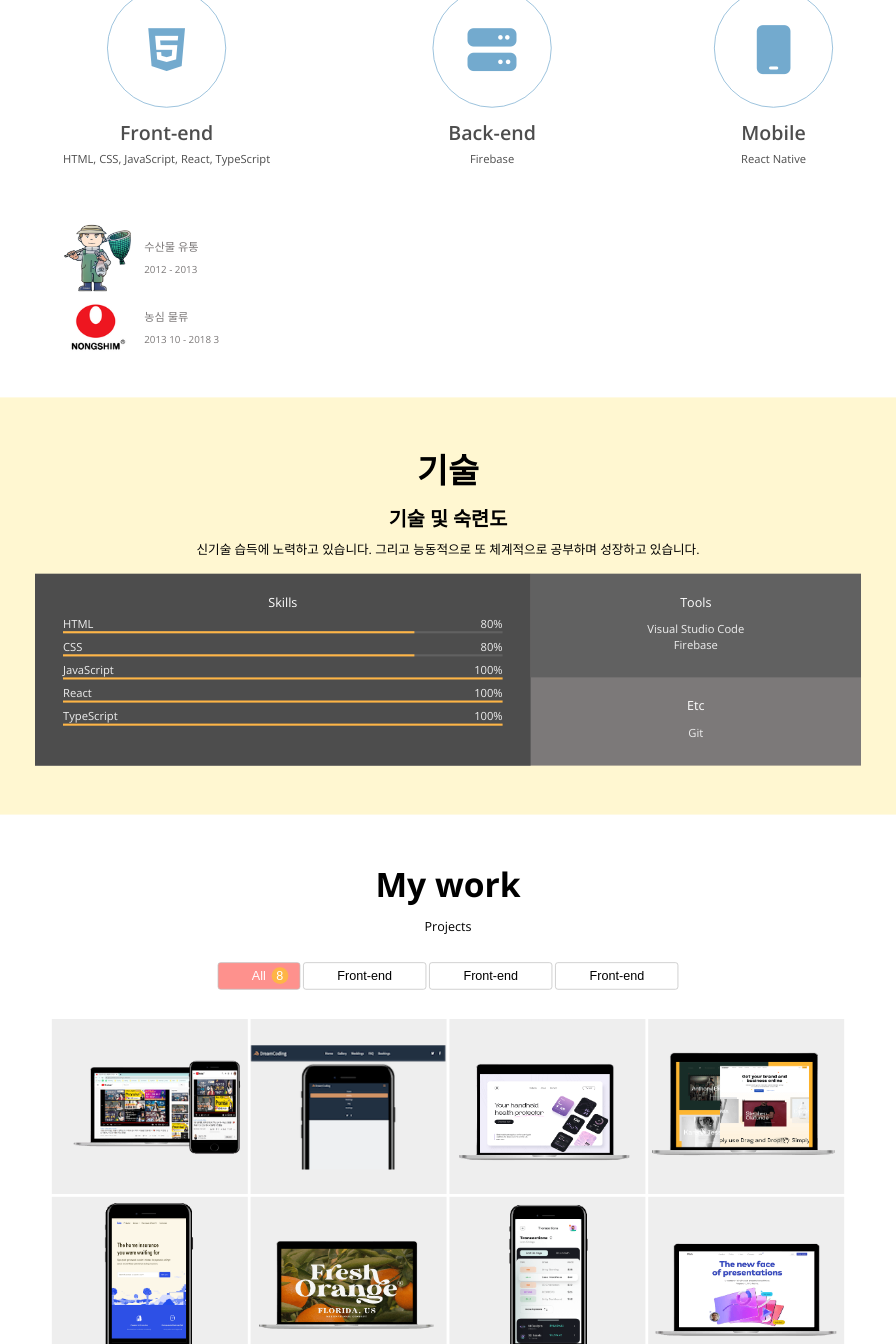
Repository: beomsu9696/Dream_Coding_Academy4
Page: index.html
The author's editor kept a copy of each file at every save. The page is drawn from the files as they stood at one save, then again after the next save.
The browser window is 1280 px wide. The pictures show the part of the page from y = 1204 to 3124 px (the page is 4323 px tall), at 70% of full size.
Some web libraries are served in a nearby version.

Above is the page before, as saved 2021-03-19 19:29:23.

After the next save:
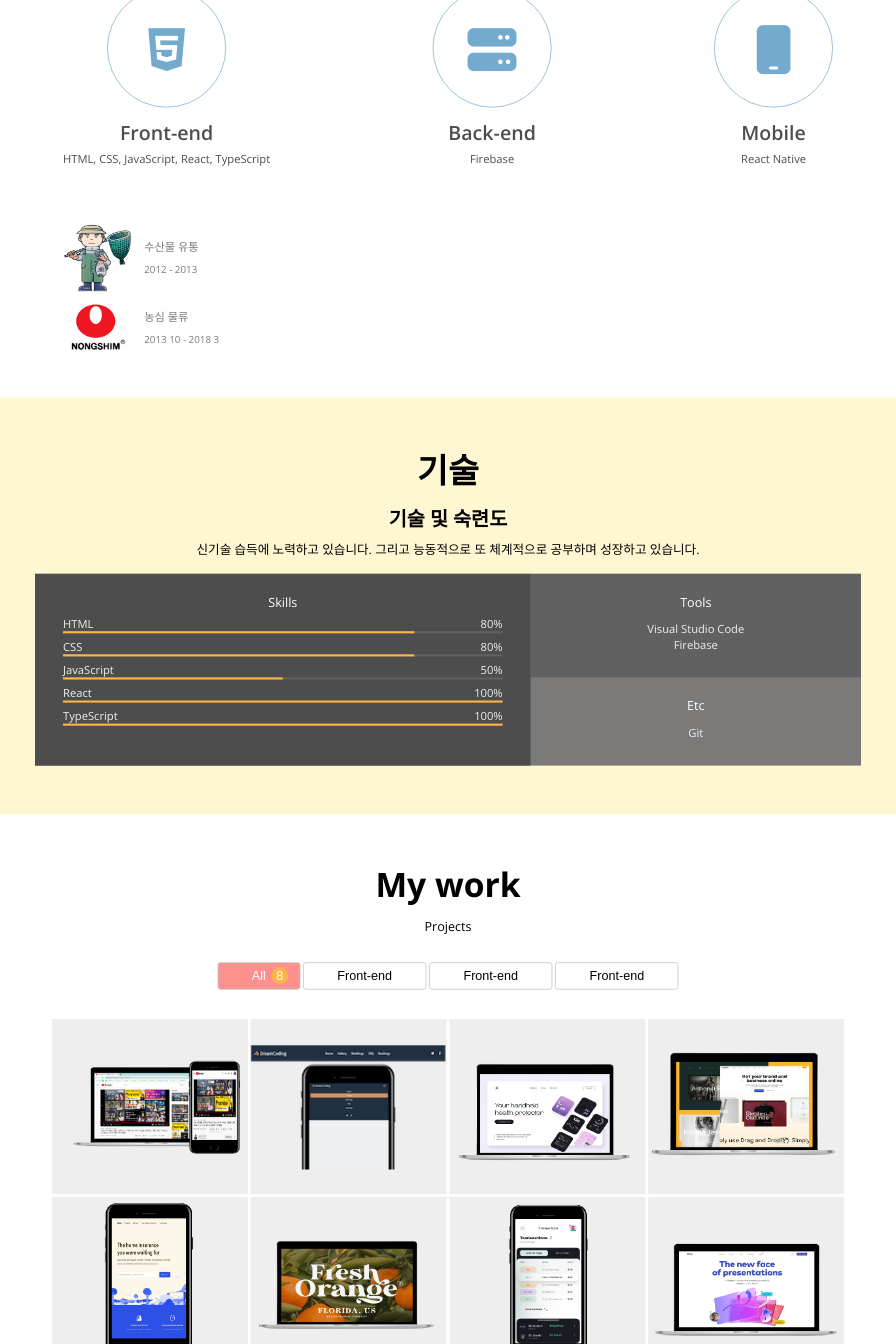
Saved 21 s later.
--- a/index.html
+++ b/index.html
@@ -152,10 +152,10 @@
             <div class="skill">
               <div class="skill__description">
                 <span>JavaScript</span>
-                <span>100%</span>
-              </div>
-              <div class="skill__bar">
-                <div class="skill__value"></div>
+                <span>50%</span>
+              </div>
+              <div class="skill__bar">
+                <div class="skill__value" style="width: 50%"></div>
               </div>
             </div>
             <div class="skill">
